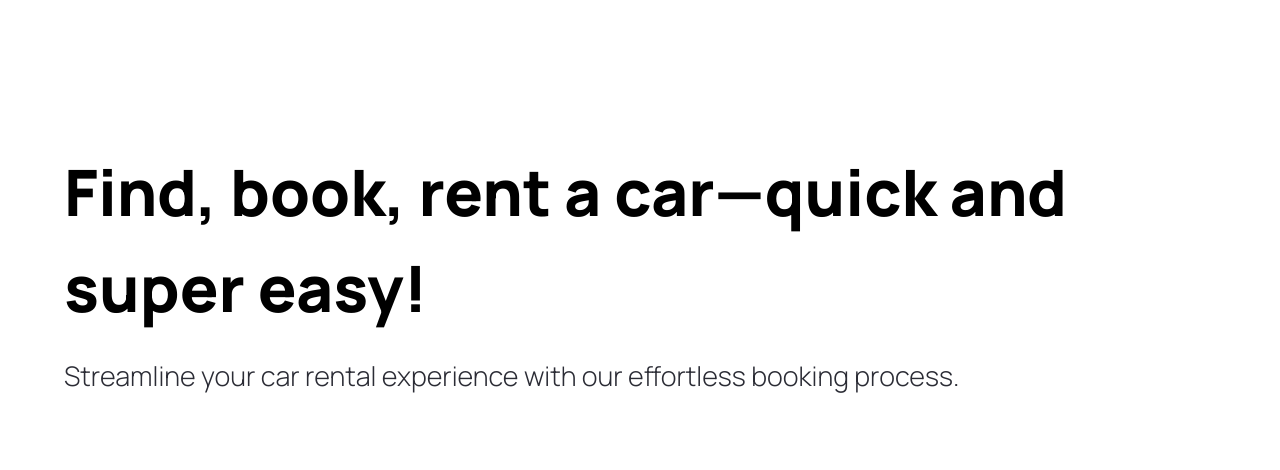
Repository: youngDevelopers/Cars-Trolley
Page: /
These files come from the project's save history. The page is drawn as it stood at one moment and after the next save; the edit follows.
The browser window is 1280 px wide. The pictures show the whole page.
The project was rebuilt for these pictures with package versions that can differ from the ones it lists, and the page was loaded fresh each time. The framework's server and built-in components were replaced by stand-ins that run in the browser. Also part of the build but not shown: next.config.js.

Above is the page before, as saved 2023-06-10 14:21:59.

### app/page.tsx
import { Hero } from "@/components";


export default function Home() {
  return (
    <main className="overflow-hidden">
      <Hero />
    </main>
  )
}

### components/index.ts
//used for exporting all of our components
import Hero from "./Hero";
import CustomButton from "./CustomButton";

export { Hero, CustomButton };

### components/Hero.tsx
import Image from "next/image"

function Hero() {
  return (
    <div className="hero">
      <div className="flex-1 pt-36 padding-x">
        <h1 className="hero__title">
          Find, book, rent a car—quick and super easy!
        </h1>
        <p className="hero__subtitle">
          Streamline your car rental experience with our effortless booking
          process.
        </p>
      </div>
    </div>
  );
}

export default Hero

### components/CustomButton.tsx
"use client";

import { CustomButtonProps } from "@/types";
import Image from "next/image"

const CustomButton = (props: CustomButtonProps) => {
    return (
        <button
            disabled={false}
            type={"button"}
            className={`custom-btn ${props.containerStyles}`}
            onClick={() => {}}
        >
            <span>
                {props.title}
            </span>
        </button>
    )
}

export default CustomButton

Loaded but not shown: app/layout.tsx (common file); app/globals.css (common file); tailwind.config.js (common file)

After the next save:
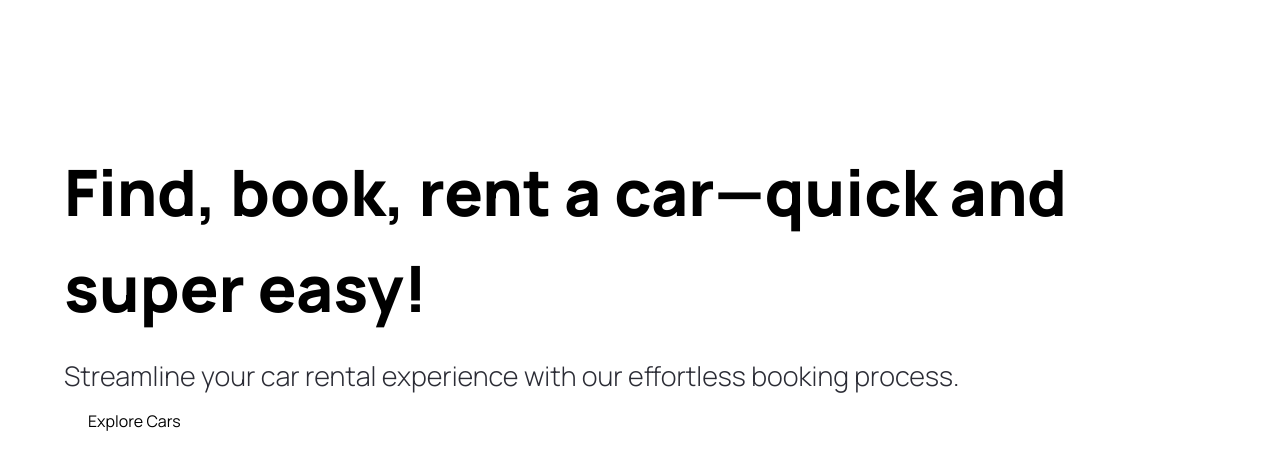
Saved 11 s later.
--- a/components/Hero.tsx
+++ b/components/Hero.tsx
@@ -1,16 +1,23 @@
 import Image from "next/image"
+import { CustomButton } from ".";
 
 function Hero() {
   return (
     <div className="hero">
       <div className="flex-1 pt-36 padding-x">
+          {/**Heading */}
         <h1 className="hero__title">
           Find, book, rent a car—quick and super easy!
         </h1>
+
+        {/**Description */}
         <p className="hero__subtitle">
           Streamline your car rental experience with our effortless booking
           process.
         </p>
+
+        {/**Button */}
+        <CustomButton title="Explore Cars" />
       </div>
     </div>
   );
